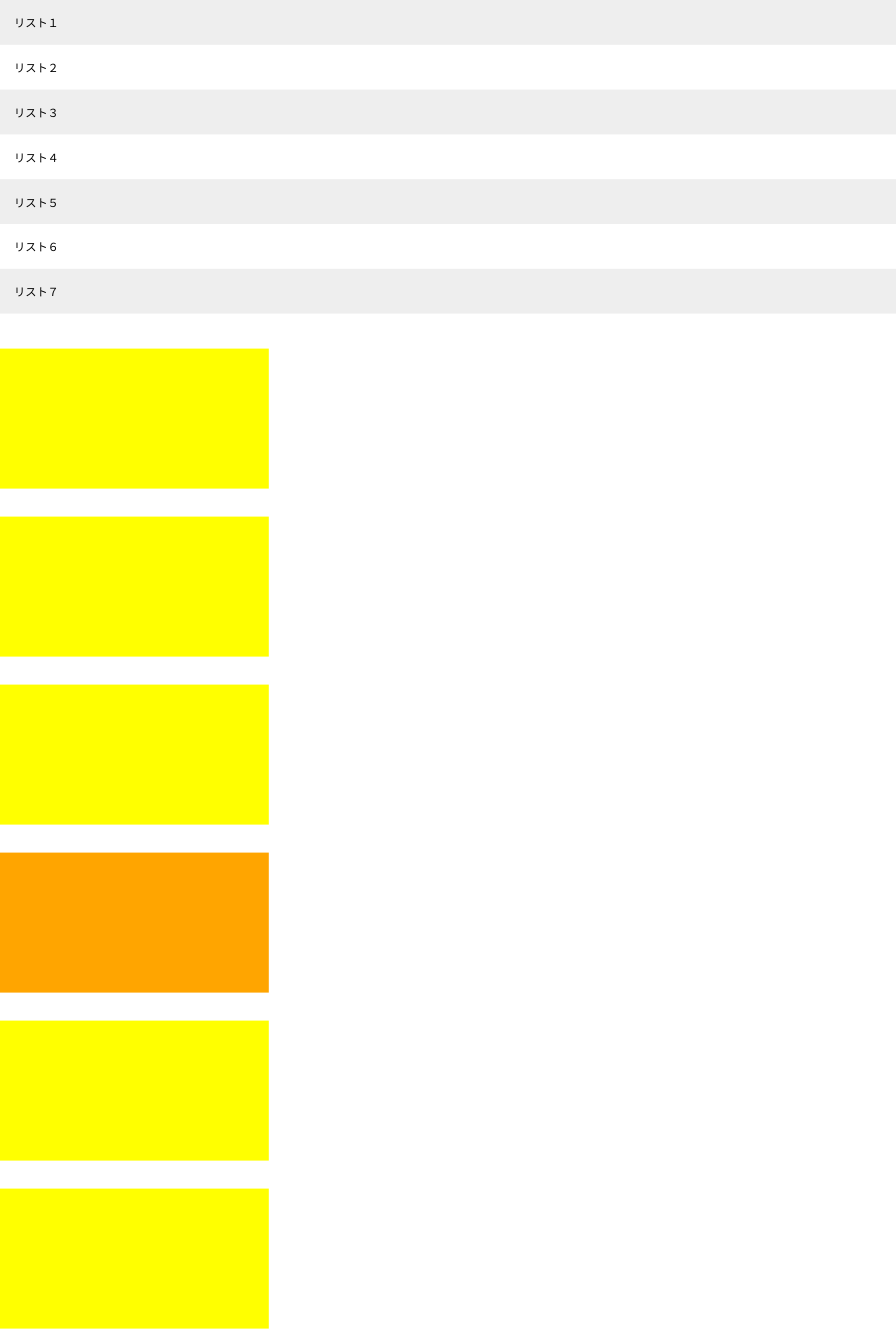
Repository: nosuyuki1002/git-practice2
Page: chapter8/8.html
The author's editor kept a record of every edit. The page is drawn from the files as they stood at one moment, then again after the next edit.
The browser window is 1280 px wide. The pictures show the part of the page from y = 0 to 1920 px (the page is 2658 px tall), at 70% of full size.

Above is the page before.

After the next edit:
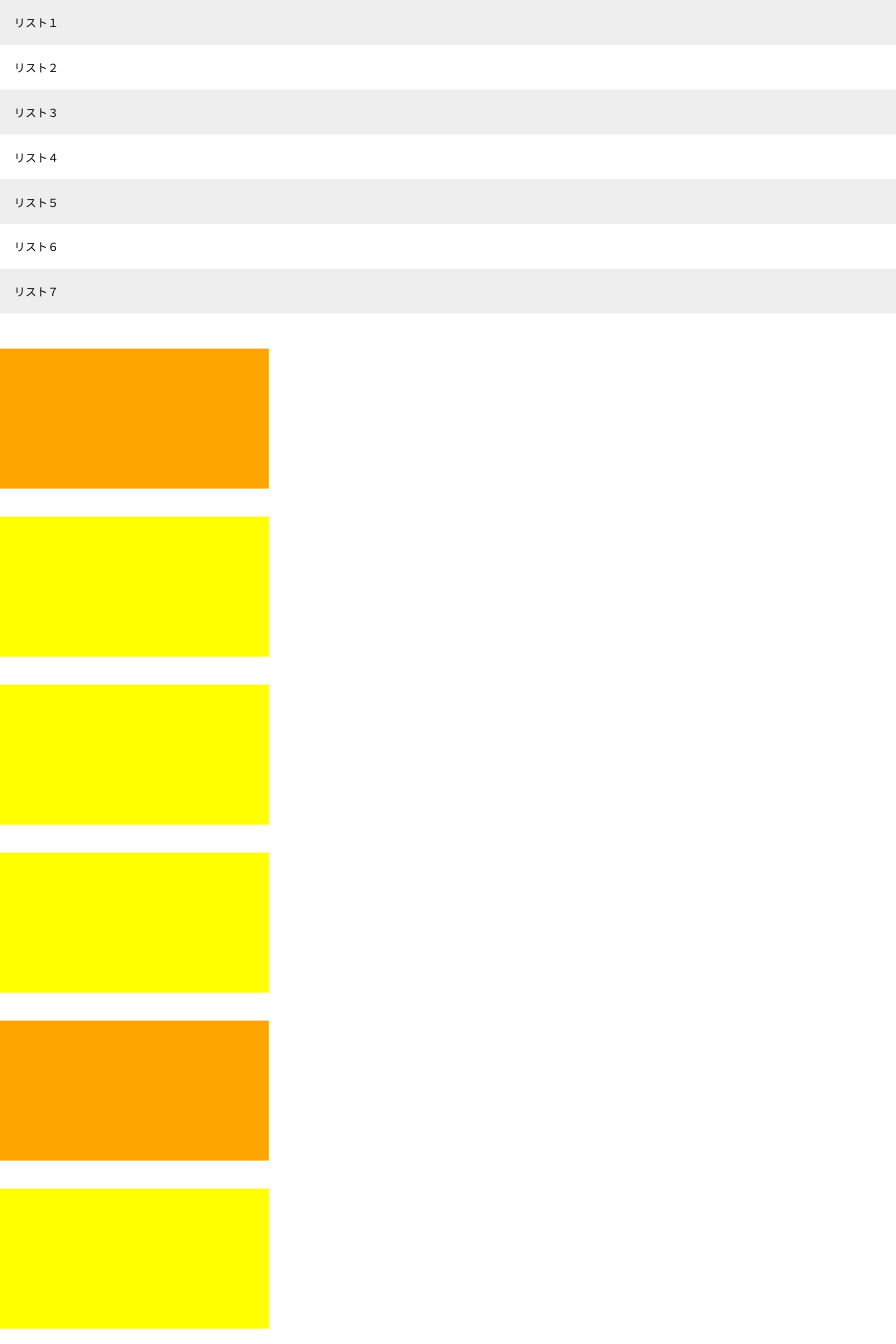
The edit:
--- a/chapter8/8.html
+++ b/chapter8/8.html
@@ -22,15 +22,16 @@
        <p class="list-text">リスト７</p>
      </div>
 
-     <div class="box"></div>
-     <div class="box"></div>
-     <div class="box"></div>
-     <div class="box"></div>
-     <div class="box"></div>
-     <div class="box"></div>
-     <div class="box"></div>
-     <div class="box"></div>
-     <div class="box"></div>
+     <div class="main-content">
+       <div class="box"></div>
+       <div class="box"></div>
+       <div class="box"></div>
+       <div class="box"></div>
+       <div class="box"></div>
+       <div class="box"></div>
+       <div class="box"></div>
+       <div class="box"></div>
+       <div class="box"></div>
      </div>
    </main>
 
